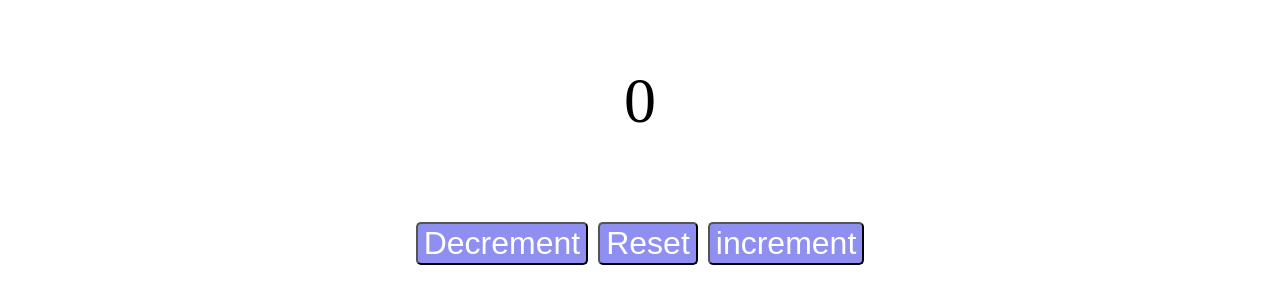
Repository: wakoya-tech/my-react-practice
Page: /
An editor plug-in stored every save of this project. The page is shown before and after the next save, followed by the edit.
The browser window is 1280 px wide. The pictures show the whole page.
The project was rebuilt for these pictures with package versions that can differ from the ones it lists, and the page was loaded fresh each time. Also part of the build but not shown: vite.config.js.

Above is the page before, as saved 2025-10-02 11:34:10.

After the next save:
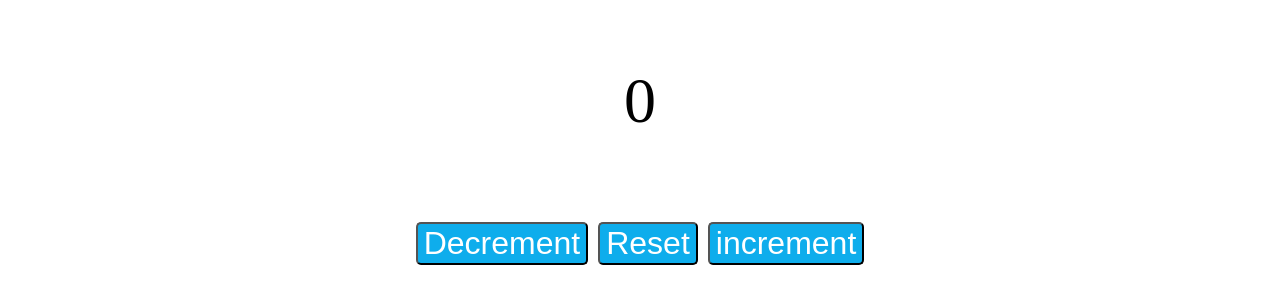
Saved 66 s later.
--- a/src/index.css
+++ b/src/index.css
@@ -1,11 +1,12 @@
 Button{
   font-size: 2em;
-  background-color: rgb(142, 143, 241);
+  background-color: rgb(14, 173, 236);
   text-align: center;
   color: #fff;
   align-items: center;
   margin: 20px 5px ;
   border-radius: 5px;
+
 }
 .button{
   align-items: center;
